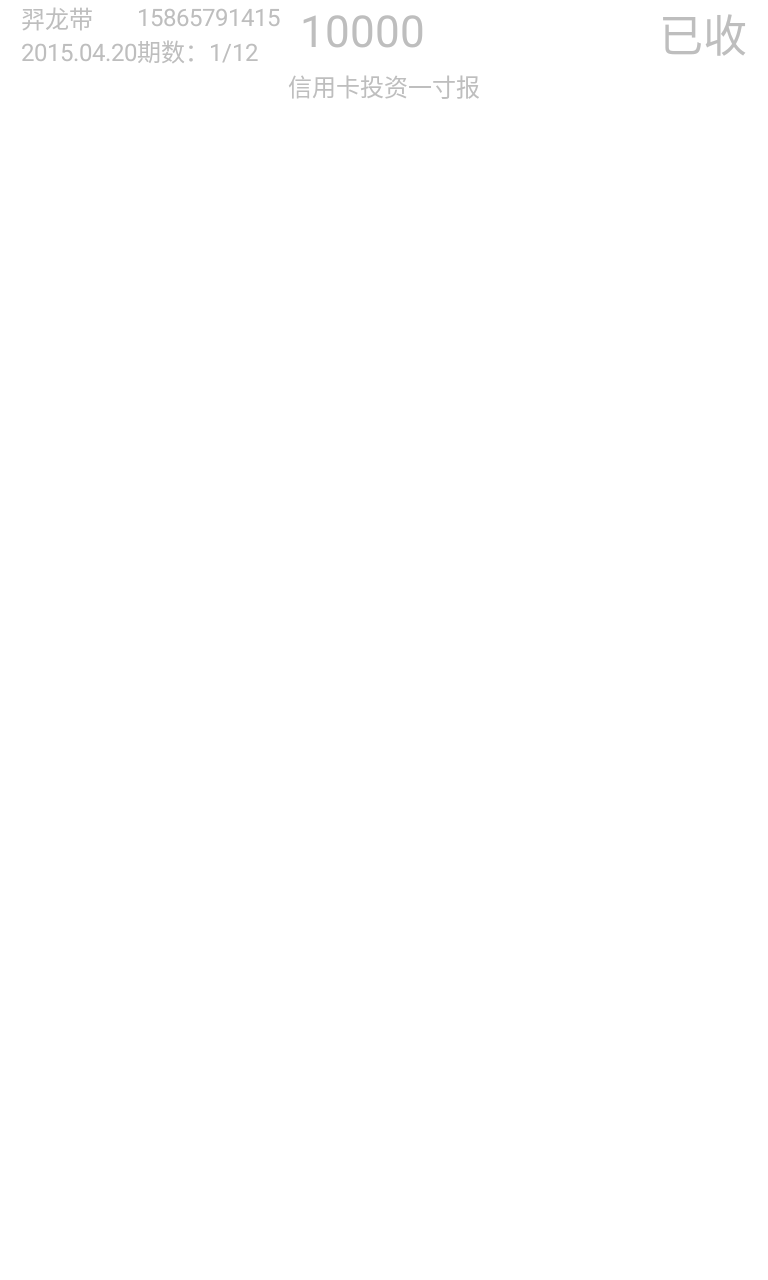
Repository: gongxinge/money-android
Layout: P2P/res/layout/billdetaillistitem.xml
These files come from the project's save history. The layout is drawn as it stood at one moment and after the next save; the edit follows.
It is drawn on a 768 x 1280 px phone screen (xhdpi) without system bars, with theme android:Theme; the app's code is not run.

Above is the layout before, as saved 2015-06-28 07:37:13.

### P2P/res/layout/billdetaillistitem.xml
<?xml version="1.0" encoding="utf-8"?>
<LinearLayout xmlns:android="http://schemas.android.com/apk/res/android"
    android:layout_width="match_parent"
    android:layout_height="match_parent"
    android:layout_marginBottom="10dp"
    android:background="@drawable/listborder"
    android:orientation="vertical" >

    <LinearLayout
        android:id="@+id/llCenter"
        android:layout_width="fill_parent"
        android:layout_height="wrap_content"
        android:orientation="horizontal" >

        <LinearLayout
            android:id="@+id/llCenter"
            android:layout_width="wrap_content"
            android:layout_height="wrap_content"
            android:layout_marginLeft="10dp"
            android:orientation="vertical" >

            <TextView
                android:id="@+id/tvSiteName"
                android:layout_width="wrap_content"
                android:layout_height="wrap_content"
                android:text="羿龙带"
                android:textSize="12dp" />

            <TextView
                android:id="@+id/tvRecDate"
                android:layout_width="wrap_content"
                android:layout_height="wrap_content"
                android:layout_gravity="center_horizontal"
                android:text="2015.04.20"
                android:textSize="12dp" />
        </LinearLayout>

        <LinearLayout
            android:id="@+id/llCenter"
            android:layout_width="wrap_content"
            android:layout_height="wrap_content"
            android:orientation="vertical" >

            <TextView
                android:id="@+id/tvSiteUserName"
                android:layout_width="wrap_content"
                android:layout_height="wrap_content"
                android:text="15865791415"
                android:textSize="12dp" />

            <TextView
                android:id="@+id/tvPeriods"
                android:layout_width="wrap_content"
                android:layout_height="wrap_content"
                android:text="期数：1/12"
                android:textSize="12dp" />
        </LinearLayout>

        <TextView
            android:id="@+id/tvRecAll"
            android:layout_width="wrap_content"
            android:layout_height="wrap_content"
            android:layout_gravity="center_horizontal"
            android:layout_marginLeft="10dp"
            android:text="10000"
            android:textSize="22dp" />

        <TextView
            android:id="@+id/tvState"
            android:layout_width="fill_parent"
            android:layout_height="wrap_content"
            android:layout_gravity="right"
            android:layout_marginRight="10dp"
            android:gravity="right"
            android:text="已收"
            android:textSize="22dp" />
    </LinearLayout>

    <TextView
        android:id="@+id/tvRemark"
        android:layout_width="wrap_content"
        android:layout_height="wrap_content"
        android:layout_gravity="center_horizontal"
        android:text="信用卡投资一寸报"
        android:textSize="12dp" />

</LinearLayout>

### P2P/res/drawable/listborder.xml
<?xml version="1.0" encoding="utf-8"?>

<shape xmlns:android="http://schemas.android.com/apk/res/android" >

    <solid android:color="#FFFFFF" />

    <stroke
        android:width="0.01dp"
        android:color="#FFFFFF" />

    <padding
        android:bottom="1dp"
        android:left="0.5dp"
        android:right="0.5dp"
        android:top="0dp" />
</shape>

After the next save:
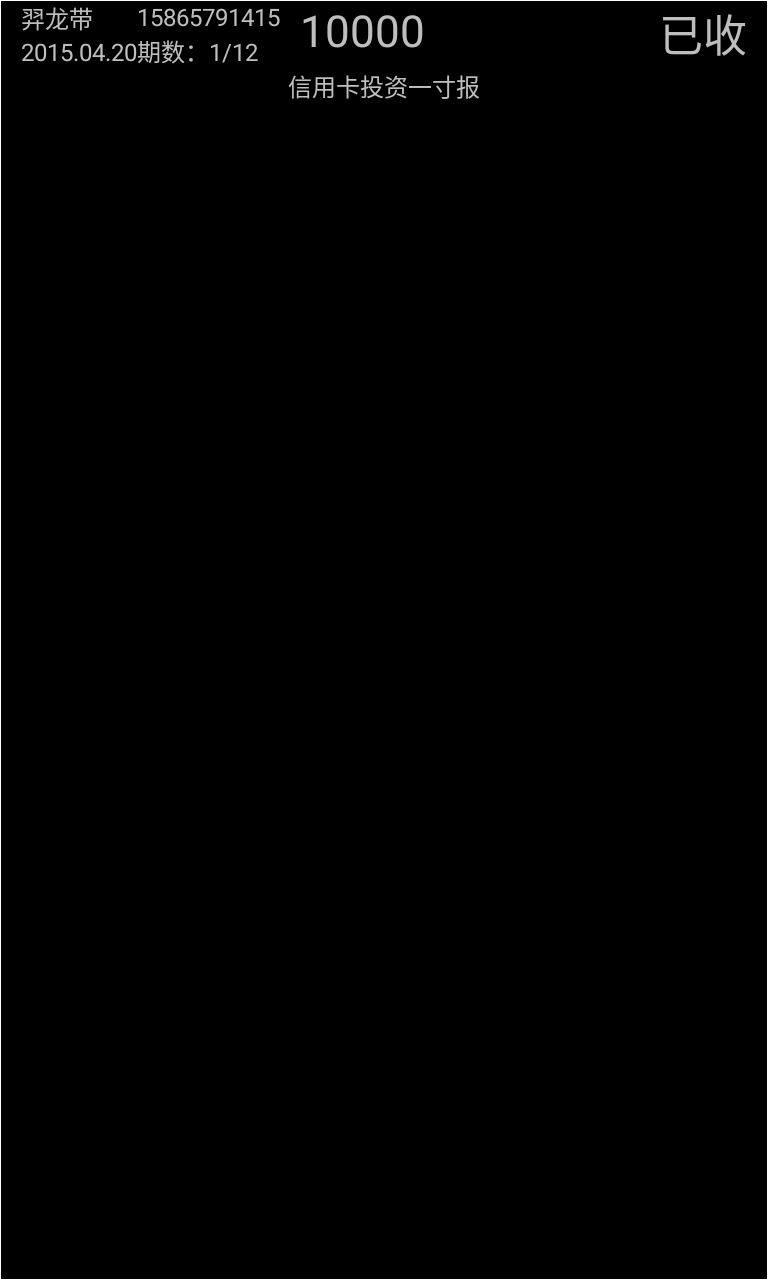
Saved 6 s later.
--- a/P2P/res/drawable/listborder.xml
+++ b/P2P/res/drawable/listborder.xml
@@ -2,7 +2,7 @@
 
 <shape xmlns:android="http://schemas.android.com/apk/res/android" >
 
-    <solid android:color="#FFFFFF" />
+    <solid android:color="#000" />
 
     <stroke
         android:width="0.01dp"
